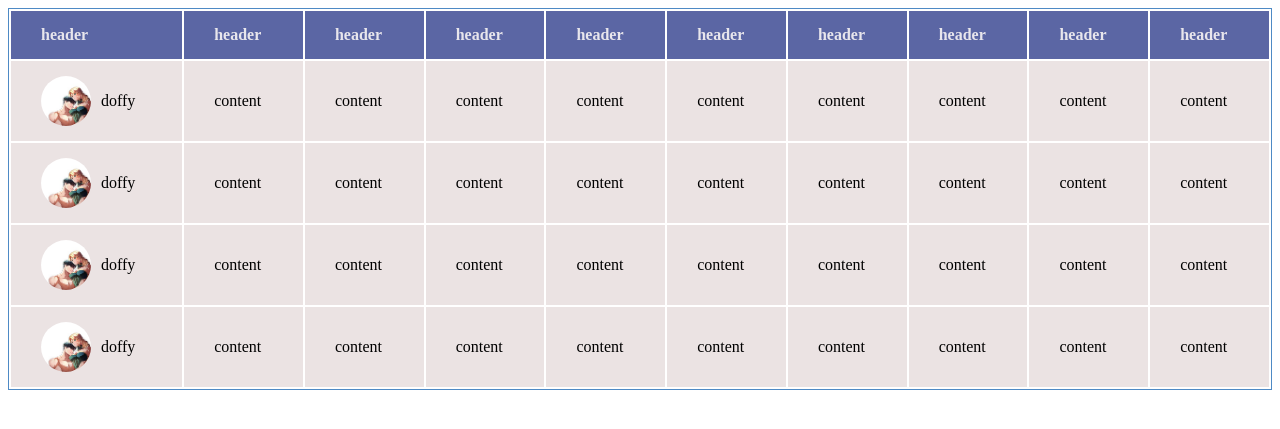
Repository: 16-Doffy/howtouse-htmlcss
Page: Sticky Table/index.html
The author's editor kept a copy of each file at every save. The page is drawn from the files as they stood at one save, then again after the next save.
The browser window is 1280 px wide. The pictures show the whole page.

Above is the page before, as saved 2024-12-17 18:02:23.

After the next save:
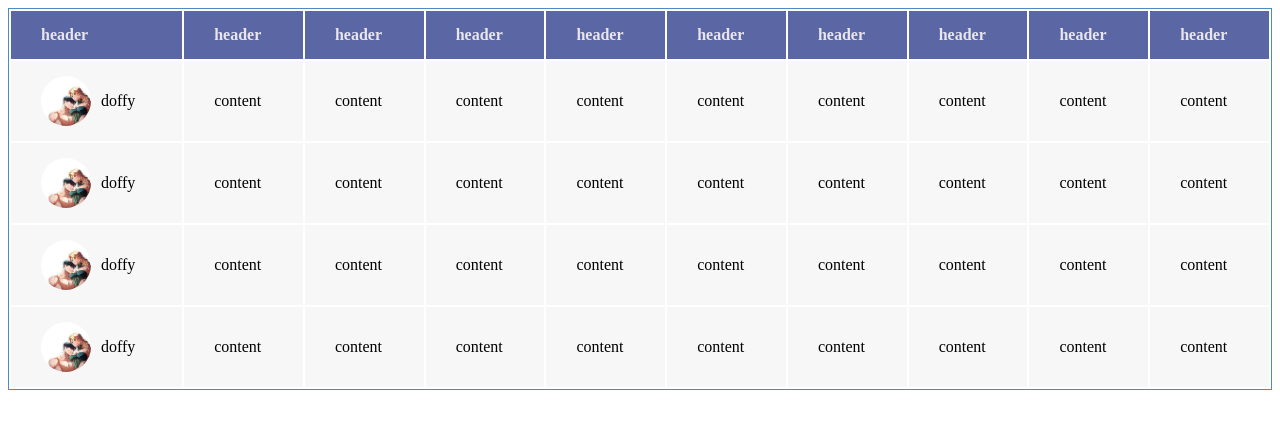
Saved 6 s later.
--- a/Sticky Table/app.css
+++ b/Sticky Table/app.css
@@ -14,7 +14,7 @@
 background-color: rgba(4, 20, 116, 0.651);
 }
 table td{
-  background-color: rgb(235, 227, 227);
+  background-color: rgba(240, 240, 240, 0.541);
 }
 table tbody tr{
   border-top: 1px solid #f0f4f8;
